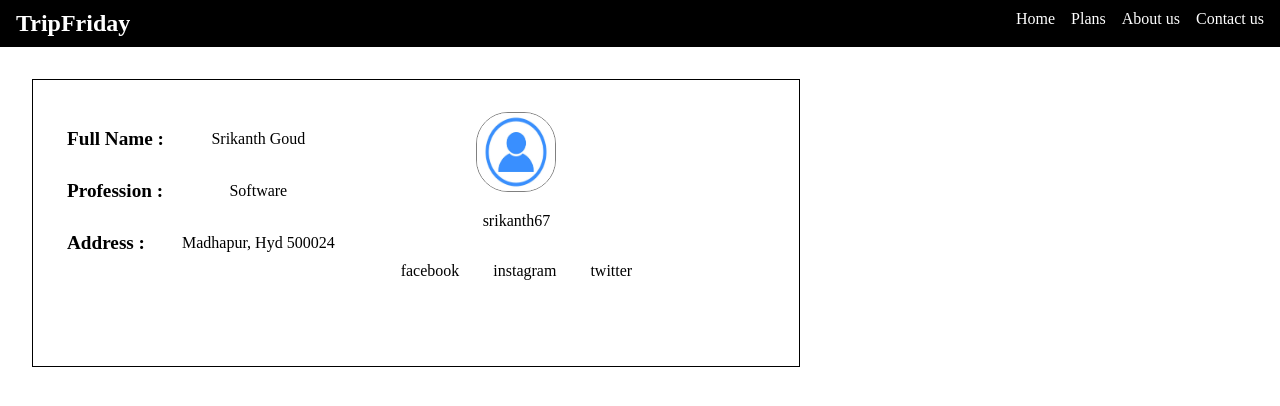
Repository: suraj-yadav7/userprofile
Page: /userdetails
These files come from the project's save history. The page is drawn as it stood at one moment and after the next save; the edit follows.
The browser window is 1280 px wide. The pictures show the whole page.
The project was rebuilt for these pictures with package versions that can differ from the ones it lists, and the page was loaded fresh each time. Also part of the build but not shown: src/components/UserProfile.jsx.

Above is the page before, as saved 2023-05-04 15:01:39.

After the next save:
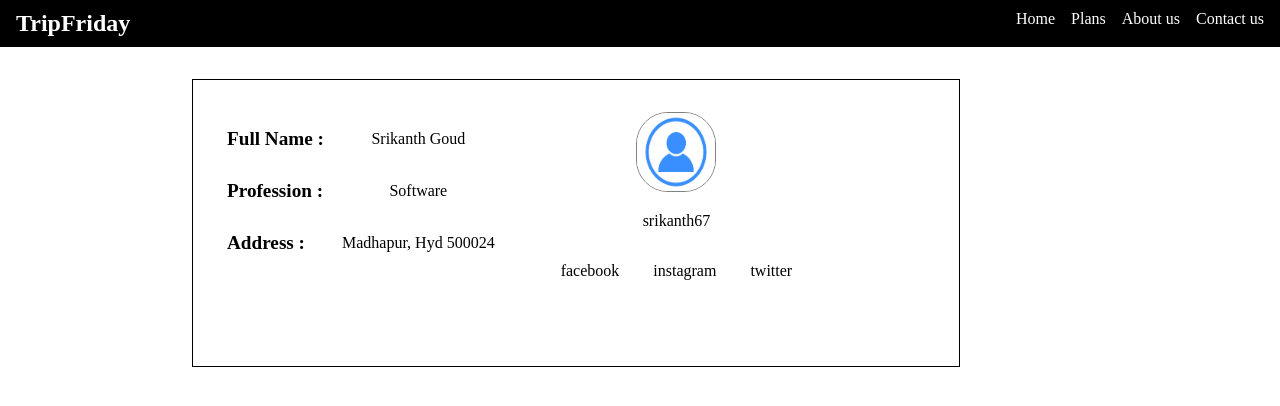
Saved 24 s later.
--- a/src/assests/userDetails.scss
+++ b/src/assests/userDetails.scss
@@ -7,7 +7,7 @@
     width: 60vw;
     height: 40vh;
     padding: 2rem;
-    margin: 2rem 2rem;
+    margin: 2rem 12rem;
     >.sub1{
         p{
             font-size: 1rem;
